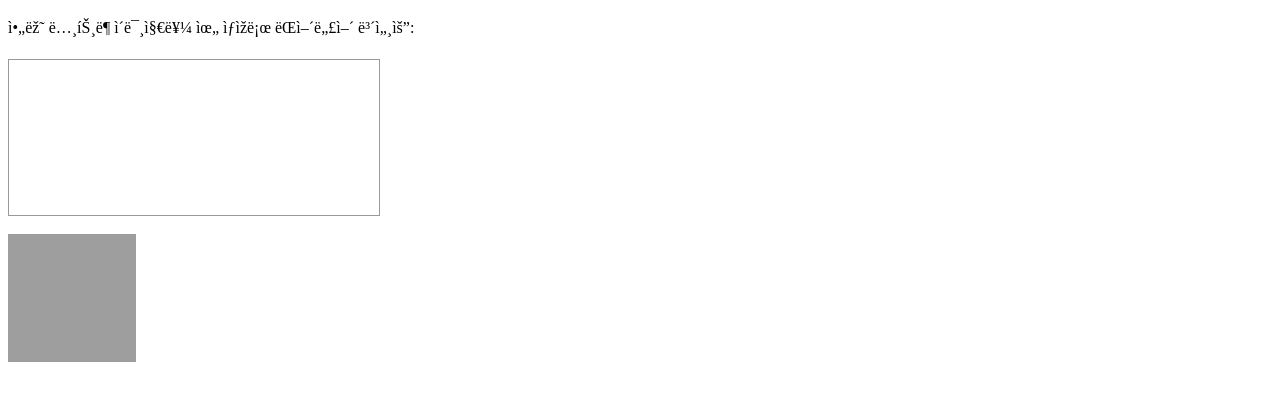
Repository: leetaehyeon123/SpringBaseSources
Page: http://localhost/DAD/
The author's editor kept a copy of each file at every save. The page is drawn from the files as they stood at one save, then again after the next save.
The browser window is 1280 px wide. The pictures show the whole page.
Pictures or frames that could not be fetched are drawn as grey boxes. The page is served by Tomcat 9.

Above is the page before, as saved 2020-06-28 01:23:52.

After the next save:
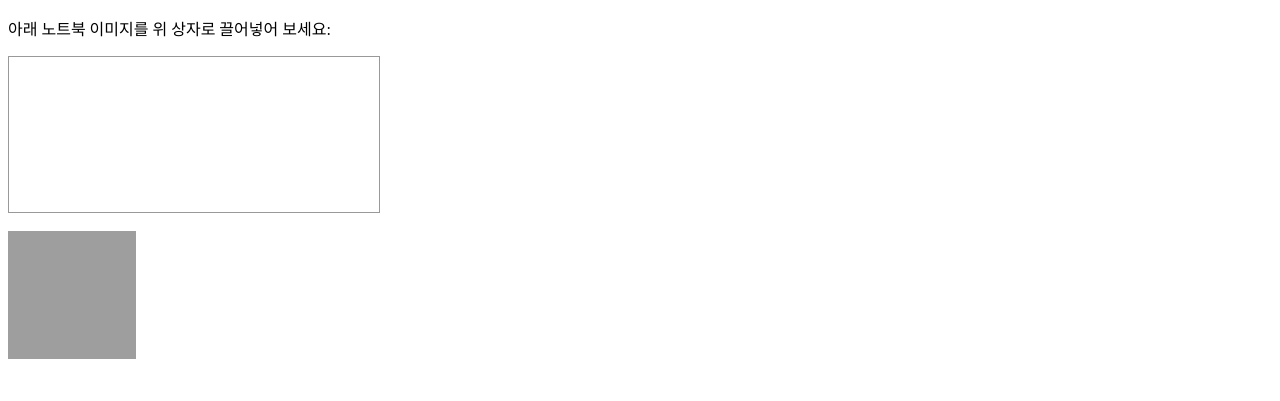
Saved 26 s later.
--- a/드래그앤드롭 소스코드/DragAndDrop/DAD/src/main/webapp/WEB-INF/views/main.jsp
+++ b/드래그앤드롭 소스코드/DragAndDrop/DAD/src/main/webapp/WEB-INF/views/main.jsp
@@ -1,8 +1,11 @@
-<%@ taglib uri="http://java.sun.com/jsp/jstl/core" prefix="c" %>
-<%@ page session="false" %>
-<!DOCTYPE HTML>
+<%@ page language="java" contentType="text/html; charset=UTF-8"
+    pageEncoding="UTF-8"%>
+<!DOCTYPE html>
 <html>
 <head>
+<meta charset="UTF-8">
+<title>Insert title here</title>
+
 <style>
 /* 드래그해 놓을 상자의 모양을 정합니다. 지금은 신경쓰지 않으셔도 됩니다. */
 #div1 {width:350px;height:135px;padding:10px;border:1px solid #999;}
